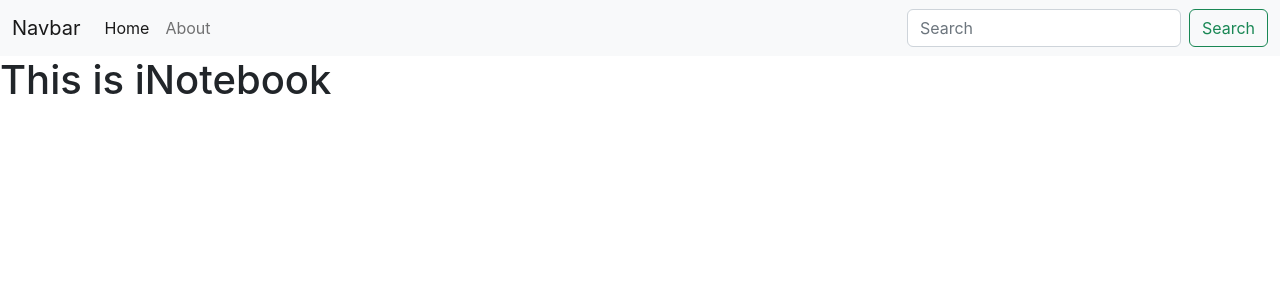
Repository: SatishPatil108/iNotebook-React
Page: /
An editor plug-in stored every save of this project. The page is shown before and after the next save, followed by the edit.
The browser window is 1280 px wide. The pictures show the whole page.
The project was rebuilt for these pictures with package versions that can differ from the ones it lists, and the page was loaded fresh each time. Also part of the build but not shown: src/App.css, src/components/About.js.

Above is the page before, as saved 2022-07-23 16:37:37.

After the next save:
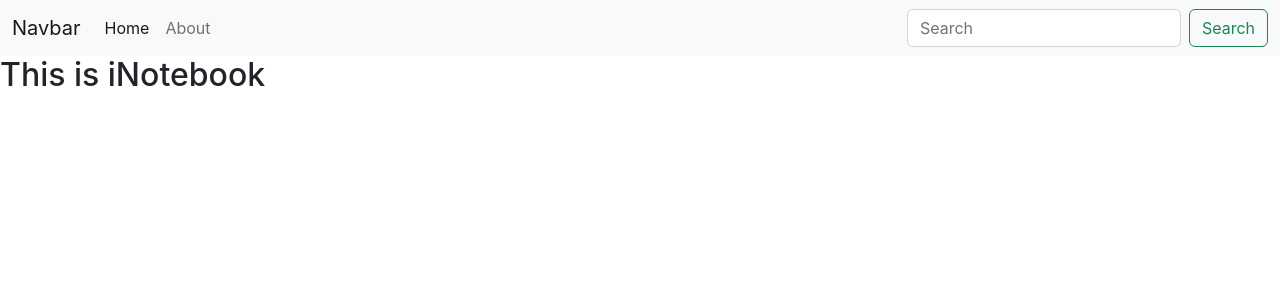
Saved 64 s later.
--- a/src/components/Home.js
+++ b/src/components/Home.js
@@ -3,7 +3,7 @@
 const Home = () => {
     return (
         <div>
-            <h1>This is iNotebook</h1>
+            <h2>This is iNotebook</h2>
         </div>
     )
 }
